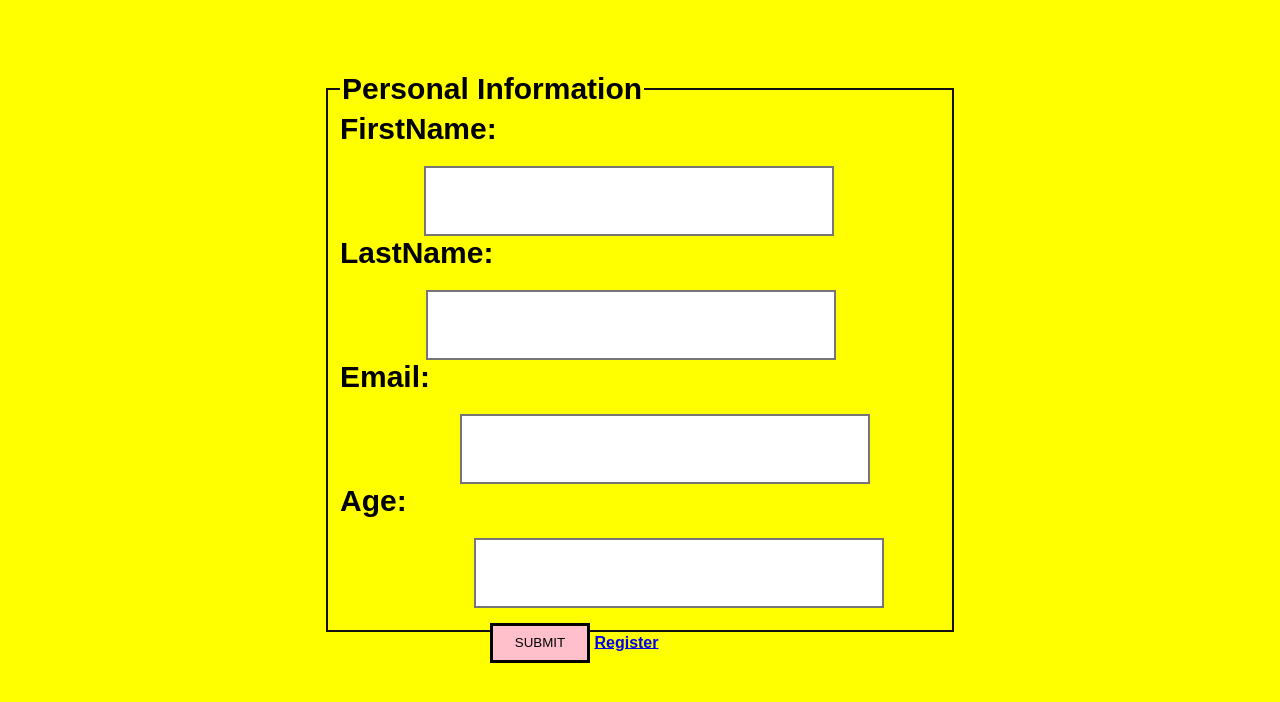
Repository: Femi007-gh/Legend
Page: index.html
These files come from the project's save history. The page is drawn as it stood at one moment and after the next save; the edit follows.
The browser window is 1280 px wide. The pictures show the whole page.

Above is the page before, as saved 2025-04-07 23:14:13.

After the next save:
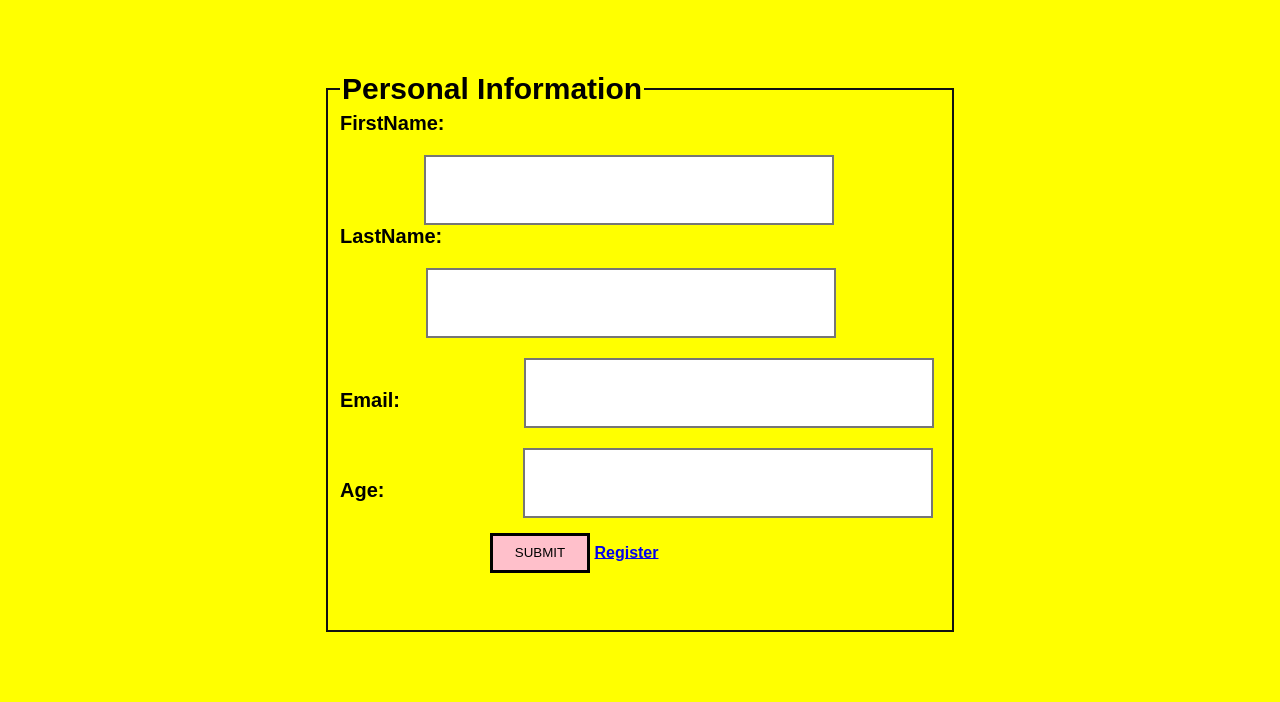
Saved 6 s later.
--- a/style.css
+++ b/style.css
@@ -73,5 +73,5 @@ input {
 }
 
 .first, .last, .mail, .yourage {
-  font-size: 30px;
+  font-size: 20px;
 }
